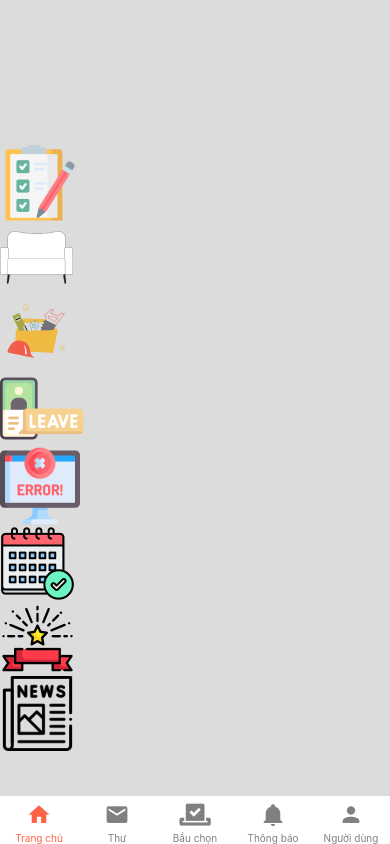
Repository: diepdung02/AppPTC
Page: /Home
These files come from the project's save history. The page is drawn as it stood at one moment and after the next save; the edit follows.
The browser window is 390 px wide. The pictures show the whole page.
The page's requests for data from a server got no answer. The app was drawn by React Native's web renderer in a window 390 px wide. The project was rebuilt for these pictures with package versions that can differ from the ones it lists, and the page was loaded fresh each time. No one was signed in, and anything a server would have sent is missing. Also part of the build but not shown: screen/home/MailScreen.tsx, screen/home/NotificationScreen.tsx, screen/home/UserScreen.tsx, screen/home/VoteScreen.tsx.

Above is the page before, as saved 2024-06-30 15:16:52.

### App.tsx
// App.tsx

import React from 'react';
import { NavigationContainer } from '@react-navigation/native';
import { createStackNavigator } from '@react-navigation/stack';
import { LoginScreen, HomeScreen, NotificationScreen, UserScreen, MailScreen, VoteScreen } from './screen/index';
import { createBottomTabNavigator } from '@react-navigation/bottom-tabs';
import { MaterialCommunityIcons, FontAwesome5 } from '@expo/vector-icons'; // Sử dụng MaterialCommunityIcons từ expo/vector-icons

const Stack = createStackNavigator();
const Tab = createBottomTabNavigator();

const HomeTabNavigator: React.FC = () => {
  return (
    <Tab.Navigator
      initialRouteName="HomeTab"
      screenOptions={{
        tabBarActiveTintColor: 'tomato',
        tabBarInactiveTintColor: 'gray',
        tabBarStyle: { display: 'flex' },
      }}
    >
      <Tab.Screen
        name="HomeTab"
        component={HomeScreen}
        options={{
          headerShown: false,
          tabBarLabel: 'Trang chủ',
          tabBarIcon: ({ color, size }) => (
            <MaterialCommunityIcons name="home" color={color} size={size} />
          ),
        }}
      />

      <Tab.Screen
        name="Mail"
        component={MailScreen}
        options={{
          headerShown: false,
          tabBarLabel: 'Thư',
          tabBarIcon: ({ color, size }) => (
            <MaterialCommunityIcons name="email" color={color} size={size} />
          ),
        }}
      />

      <Tab.Screen
        name="Vote"
        component={VoteScreen}
        options={{
          headerShown: false,
          tabBarLabel: 'Bầu chọn',
          tabBarIcon: ({ color, size }) => (
            <FontAwesome5 name="vote-yea" color={color} size={size} />
          ),
        }}
      />

      <Tab.Screen
        name="Notifications"
        component={NotificationScreen}
        options={{
          headerShown: false,
          tabBarLabel: 'Thông báo',
          tabBarIcon: ({ color, size }) => (
            <MaterialCommunityIcons name="bell" color={color} size={size} />
          ),
        }}
      />
      <Tab.Screen
        name="User"
        component={UserScreen}
        options={{
          headerShown: false,
          tabBarLabel: 'Người dùng',
          tabBarIcon: ({ color, size }) => (
            <MaterialCommunityIcons name="account" color={color} size={size} />
          ),
        }}
      />
    </Tab.Navigator>
  );
}

const App: React.FC = () => {
  return (
    <NavigationContainer>
      <Stack.Navigator initialRouteName="Login">
        <Stack.Screen name="Login" component={LoginScreen} options={{ headerShown: false }} />
        <Stack.Screen name="Home" component={HomeTabNavigator} options={{ headerShown: false }} />
      </Stack.Navigator>
    </NavigationContainer>
  );
};

export default App;

### screen/index.tsx
import LoginScreen from './auth/LoginScreen';
import HomeScreen from './home/HomeScreen';
// screen/index.tsx

export { default as MailScreen } from './home/MailScreen';
export { default as NotificationScreen } from './home/NotificationScreen';
export { default as UserScreen } from './home/UserScreen';
export { default as VoteScreen } from './home/VoteScreen';


export{
    LoginScreen,
    HomeScreen,

}

### screen/auth/LoginScreen.tsx
// LoginScreen.tsx
import React, { useState, useEffect } from 'react';
import { View, TextInput, StyleSheet, TouchableOpacity, Text, Image } from 'react-native';
import { FontAwesome, MaterialIcons } from '@expo/vector-icons';
import { Formik } from 'formik';
import * as Yup from 'yup';
import AsyncStorage from '@react-native-async-storage/async-storage';
import COLORS from '../../constants/Color';
import { login, ApiResponse } from '../../API'; // Import API functions

type LoginProps = {
  navigation: any;
};

type FormValues = {
  username: string;
  password: string;
};

const LoginScreen: React.FC<LoginProps> = ({ navigation }) => {
  const [hidePassword, setHidePassword] = useState<boolean>(true);
  const [rememberPassword, setRememberPassword] = useState<boolean>(false);

  useEffect(() => {
    const checkRememberPassword = async () => {
      try {
        const savedPassword = await AsyncStorage.getItem('password');
        if (savedPassword) {
          setRememberPassword(true);
        }
      } catch (error) {
        console.error('Error reading password from AsyncStorage:', error);
      }
    };
    checkRememberPassword();
  }, []);

  const togglePasswordVisibility = () => {
    setHidePassword(!hidePassword);
  };

  const handleLogin = async (values: FormValues) => {
    try {
      const { username, password } = values;
      const response: ApiResponse<any> = await login({ username, password });
      if (response.success) {
        // Xử lý khi đăng nhập thành công
        alert('Đăng nhập thành công!');
        navigation.navigate('Home');
      } else {
        // Xử lý khi đăng nhập thất bại
        alert('Đăng nhập thất bại! ' + response.error);
      }
    } catch (error) {
      console.error('Error logging in:', error);
      alert('Đăng nhập thất bại! Vui lòng thử lại.');
    }
  };

  const validationSchema = Yup.object({
    username: Yup.string().required('Chưa nhập tên đăng nhập'),
    password: Yup.string().required('Chưa nhập mật khẩu'),
  });

  return (
    <Formik
      initialValues={{
        username: '',
        password: '',
      }}
      validationSchema={validationSchema}
      onSubmit={(values) => handleLogin(values)}
    >
      {({ values, touched, errors, handleChange, handleSubmit, handleBlur }) => (
        <View style={styles.container}>
          <Image source={require('../../assets/logo.png')} style={styles.logo} />
          <View style={styles.inputContainer}>
            <FontAwesome name="user" size={20} color="black" />
            <TextInput
              style={styles.textInput}
              placeholder="Username"
              value={values.username}
              onChangeText={handleChange('username')}
              onBlur={handleBlur('username')}
            />
          </View>
          {touched.username && errors.username && (
            <Text style={styles.errorText}>{errors.username}</Text>
          )}

          <View style={styles.inputContainer}>
            <FontAwesome name="lock" size={20} color="black" />
            <TextInput
              style={styles.textInput}
              placeholder="Password"
              secureTextEntry={hidePassword}
              value={values.password}
              onChangeText={handleChange('password')}
              onBlur={handleBlur('password')}
            />
            <TouchableOpacity onPress={togglePasswordVisibility}>
              <MaterialIcons
                name={hidePassword ? 'visibility-off' : 'visibility'}
                size={20}
                color="black"
              />
            </TouchableOpacity>
          </View>
          {touched.password && errors.password && (
            <Text style={styles.errorText}>{errors.password}</Text>
          )}

          <TouchableOpacity style={styles.loginButton} onPress={handleSubmit as any}>
            <Text style={styles.buttonText}>Login</Text>
          </TouchableOpacity>
          <TouchableOpacity onPress={() => navigation.navigate('ForgotPassword')}>
            <Text style={styles.forgotPasswordText}>Forgot Password?</Text>
          </TouchableOpacity>
        </View>
      )}
    </Formik>
  );
};

const styles = StyleSheet.create({
  container: {
    flex: 1,
    backgroundColor: COLORS.colorMain,
    alignItems: 'center',
    justifyContent: 'center',
  },
  logo: {
    width: 150,
    height: 150,
    marginBottom: 50,
  },
  inputContainer: {
    flexDirection: 'row',
    alignItems: 'center',
    backgroundColor: '#FFFFFF',
    borderRadius: 5,
    width: '80%',
    marginBottom: 20,
    padding: 10,
  },
  textInput: {
    flex: 1,
    marginLeft: 10,
  },
  loginButton: {
    backgroundColor: COLORS.blue,
    width: '80%',
    padding: 15,
    borderRadius: 5,
    alignItems: 'center',
  },
  buttonText: {
    color: 'white',
    fontSize: 16,
  },
  forgotPasswordText: {
    color: '#005A8C',
    marginTop: 20,
  },
  errorText: {
    color: 'red',
    fontSize: 12,
    marginBottom: 20,
  },
});

export default LoginScreen;

### screen/home/HomeScreen.tsx
import React, { useEffect, useState } from 'react';
import { View, Text, Image, StyleSheet, SafeAreaView,FlatList } from 'react-native';
import COLORS from '../../constants/Color';
import { ApiResponse, fetchUser } from '../../API'; // Điều chỉnh đường dẫn để phù hợp với cấu trúc tệp của bạn

const HomeScreen: React.FC = () => {
  const [userData, setUserData] = useState<any>({});

  useEffect(() => {
    const fetchUserData = async () => {
      const userId = '1'; // Thay thế với userId thực tế hoặc lấy động
      const response: ApiResponse<any> = await fetchUser(userId);
      if (response.success) {
        setUserData(response.data); // Giả định API trả về một đối tượng có các thuộc tính 'name' và 'dept'
      } else {
        console.error('Lỗi khi lấy dữ liệu người dùng:', response.error);
      }
    };

    fetchUserData();
  }, []);

  return (
    <SafeAreaView style={styles.container}>
      <View style={styles.inforContainer}>
        <Image source={{ uri: userData.avatar }} style={styles.avatar} />
        <View style={styles.txtInfor}>
          <Text style={styles.txtName}>{userData.name}</Text>
          <Text style={styles.txtDept}>{userData.dept}</Text>
        </View>
      </View>
      <View>
        <Image source={require('../../assets/check .png')}/>
        <Image source={require('../../assets/Product.png')}/>
        <Image source={require('../../assets/Output.png')}/>
        <Image source={require('../../assets/leave 1.png')}/>
        <Image source={require('../../assets/Error.png')}/>
        <Image source={require('../../assets/Group 23.png')}/>
        <Image source={require('../../assets/evaluate.png')}/>
        <Image source={require('../../assets/news.png')}/>
      </View>
    </SafeAreaView>
  );
};

const styles = StyleSheet.create({
  container:{
    flex:1,
    backgroundColor:COLORS.colorMain,
  },
  avatar:{
    width:75,
    height:75,
    marginTop:70,
    marginLeft:20,
  },
  inforContainer:{
    flexDirection:"row",
    alignItems:"center"
  },
  txtInfor:{
    marginTop:70,
    paddingLeft:10,
  },
  txtName:{
    fontSize:20
  },
  txtDept:{
    fontSize:18
  }
});

export default HomeScreen;

### constants/Color.tsx
const COLORS = {
    colorMain:"#DCDCDC",
    blue: "#09648C"

  };
  export default COLORS;

### API.ts
// api.ts
export interface ApiResponse<T> {
  success: boolean;
  data?: T;
  error?: string;
}

export const fetchData = async (): Promise<ApiResponse<any>> => {
  try {
    const response = await fetch('https://668100b656c2c76b495d38a8.mockapi.io/PTC');
    if (!response.ok) {
      throw new Error('Network response was not ok');
    }
    const data = await response.json();
    return { success: true, data };
  } catch (error) {
    console.error('Error fetching data:', error);
    return { success: false, error: 'Error fetching data' };
  }
};

export interface LoginRequest {
  username: string;
  password: string;
}

export const login = async ({ username, password }: LoginRequest): Promise<ApiResponse<any>> => {
  try {
    const response = await fetch('https://668100b656c2c76b495d38a8.mockapi.io/PTC', {
      method: 'POST',
      headers: {
        'Content-Type': 'application/json',
      },
      body: JSON.stringify({ username, password }),
    });
    if (!response.ok) {
      throw new Error('Network response was not ok');
    }
    const data = await response.json();
    return { success: true, data };
  } catch (error) {
    console.error('Error logging in:', error);
    return { success: false, error: 'Error logging in' };
  }
};

export interface User {
  id: string;
  name: string;
  avatar: string;
  dept: string;
}

export const fetchUser = async (userId: string): Promise<ApiResponse<User>> => {
  try {
    const response = await fetch(`https://668100b656c2c76b495d38a8.mockapi.io/PTC/${userId}`);
    if (!response.ok) {
      throw new Error('Network response was not ok');
    }
    const data = await response.json();
    return { success: true, data };
  } catch (error) {
    console.error('Error fetching user data:', error);
    return { success: false, error: 'Error fetching user data' };
  }
};

After the next save:
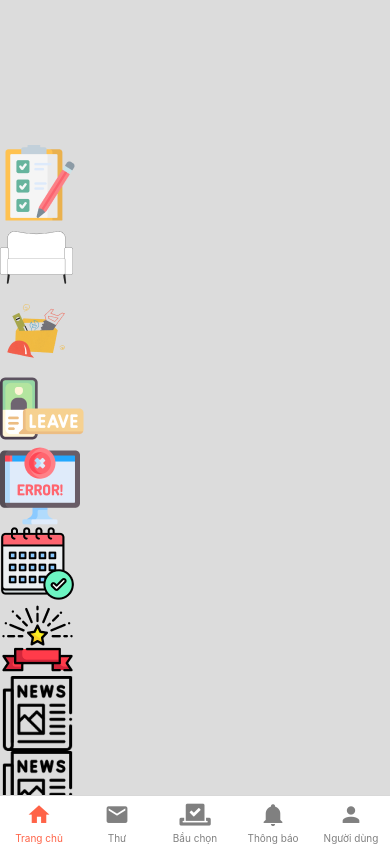
Saved 5 s later.
--- a/screen/home/HomeScreen.tsx
+++ b/screen/home/HomeScreen.tsx
@@ -38,6 +38,8 @@ const HomeScreen: React.FC = () => {
         <Image source={require('../../assets/Group 23.png')}/>
         <Image source={require('../../assets/evaluate.png')}/>
         <Image source={require('../../assets/news.png')}/>
+        <Image source={require('../../assets/news.png')}/>
+        <Image source={require('../../assets/news.png')}/>
       </View>
     </SafeAreaView>
   );
